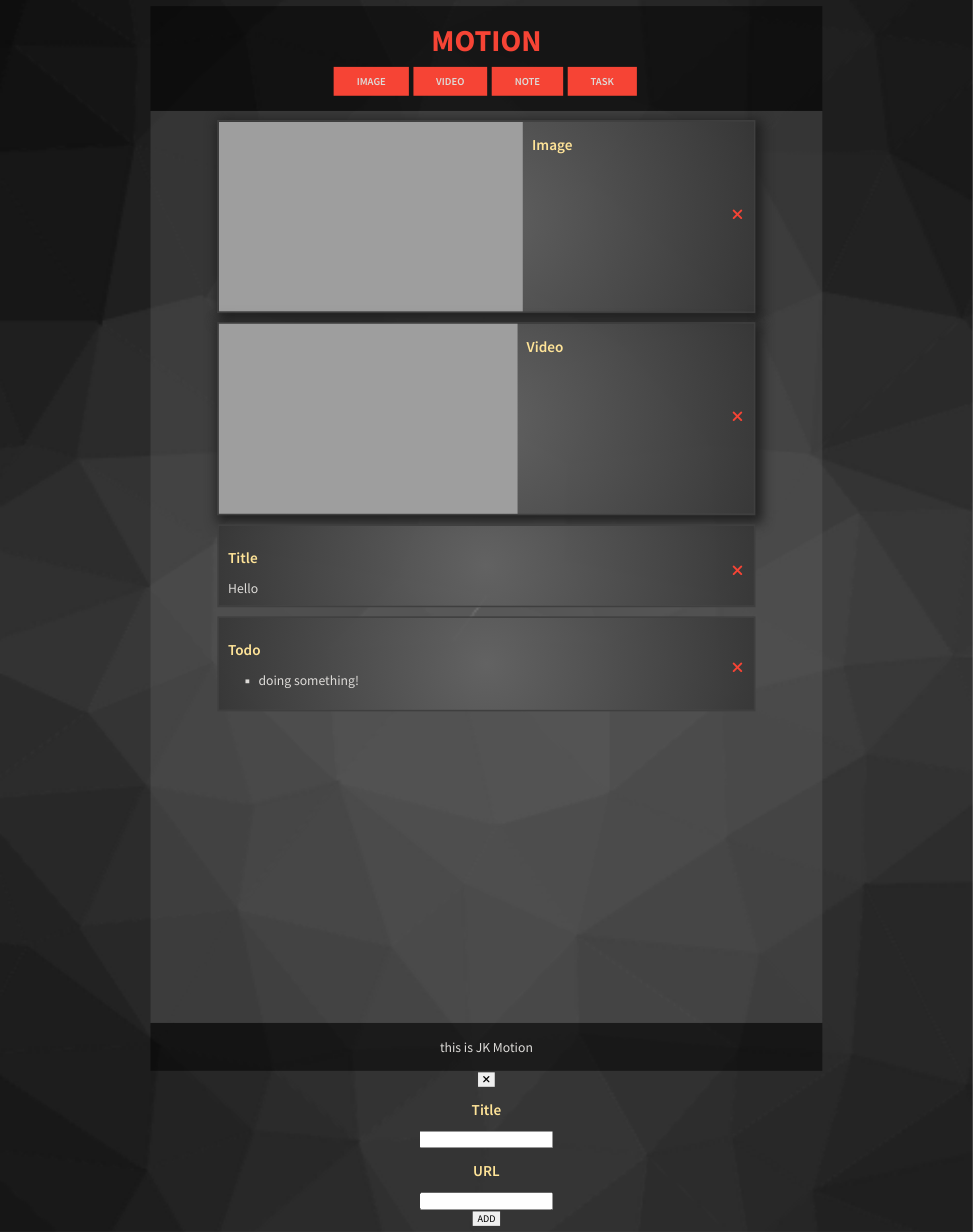
Repository: keehoonjung/Motion-project
Page: index.html
These files come from the project's save history. The page is drawn as it stood at one moment and after the next save; the edit follows.
The browser window is 1280 px wide. The pictures show the whole page, at 76% of full size.
Pictures or frames that could not be fetched are drawn as grey boxes. Some web libraries are served in a nearby version.

Above is the page before, as saved 2021-08-23 16:35:48.

After the next save:
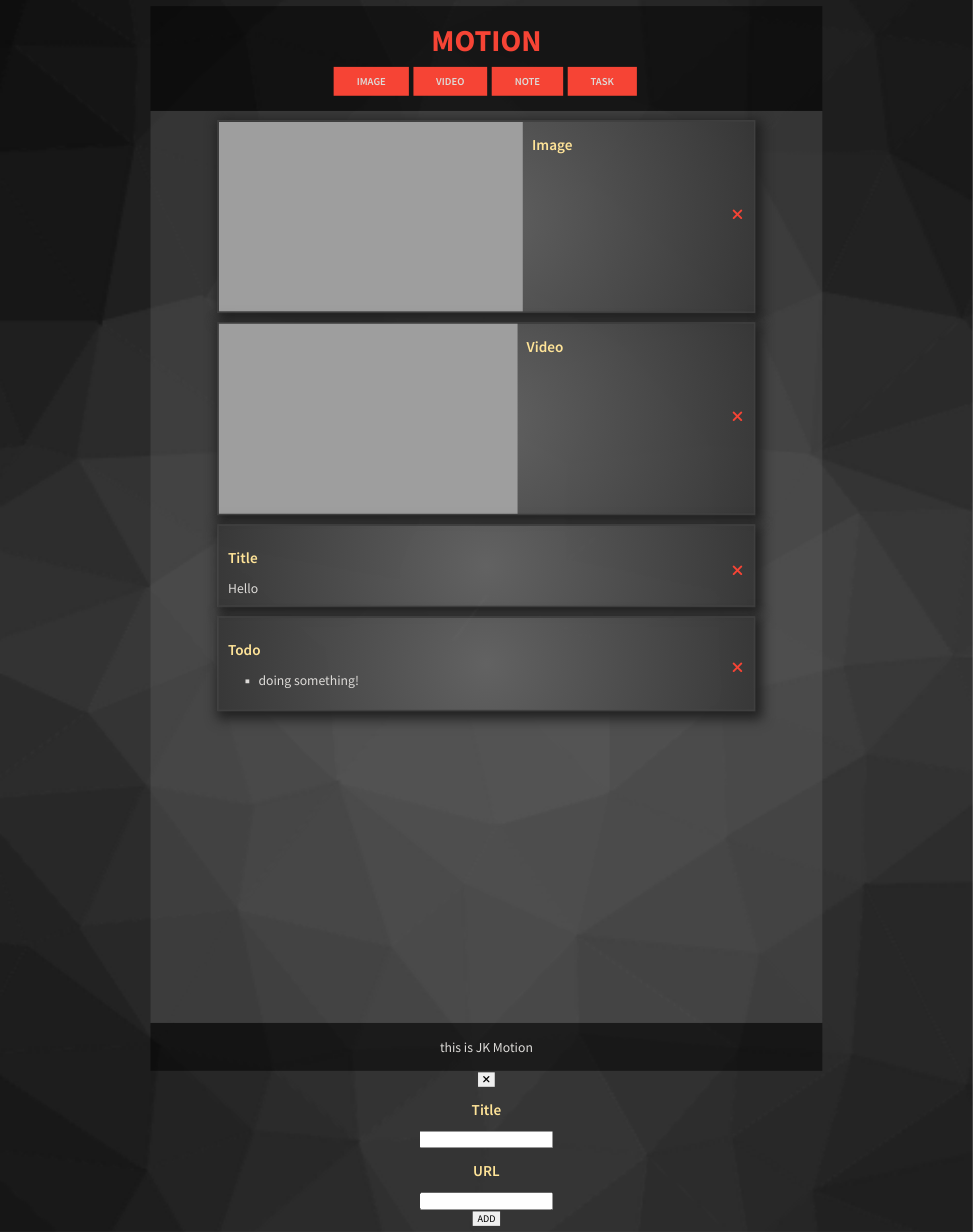
Saved 13 s later.
--- a/style.css
+++ b/style.css
@@ -131,6 +131,7 @@ button {
   margin-top: var(--margin-item);
   text-align: left;
   padding: var(--margin-item);
+  box-shadow: 5px 5px 15px 5px var(--shadow-color);
 }
 
 .todo__item {
